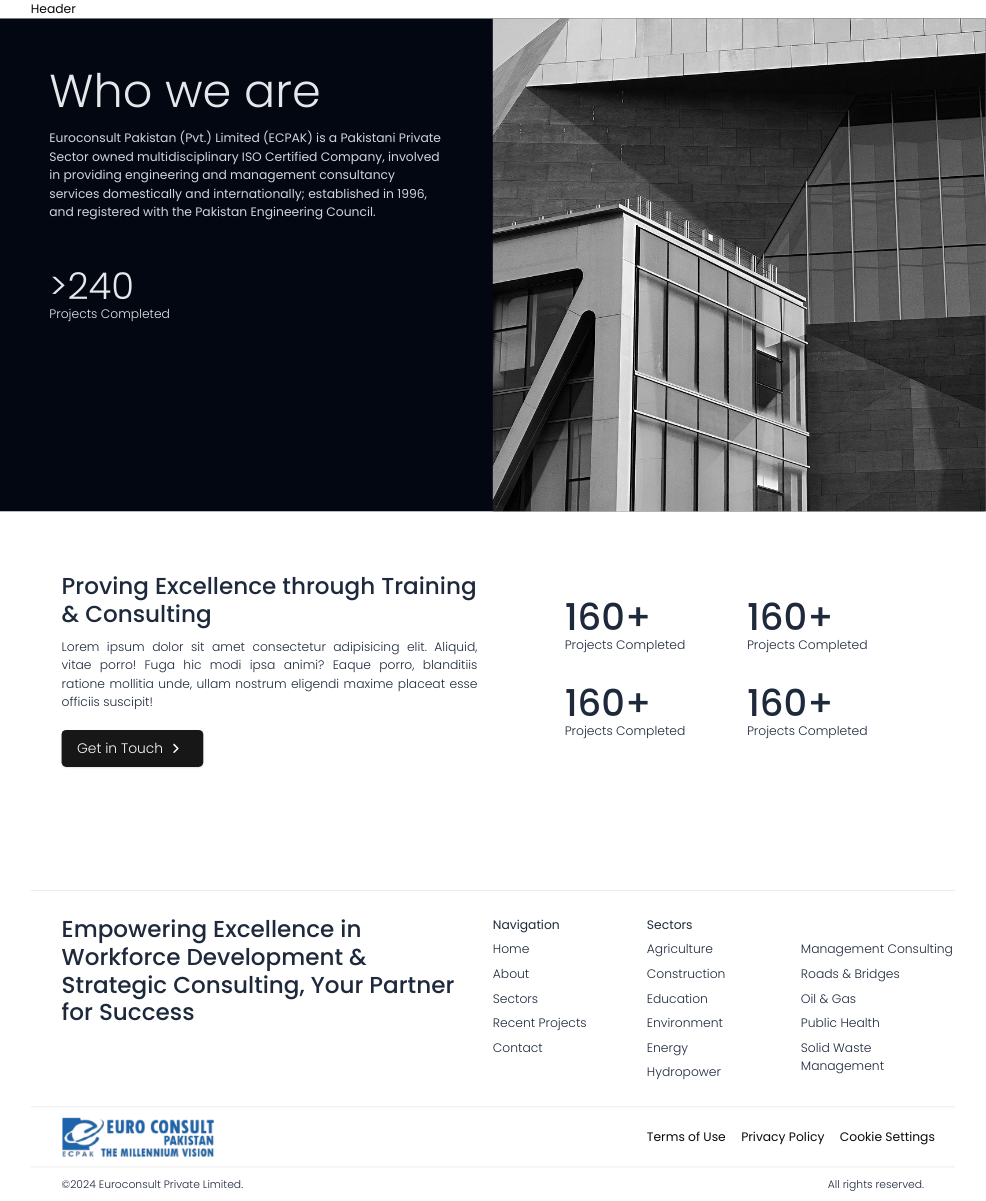
Repository: EMDC-24/ecglobalwebsite19
Page: /about
The author's editor kept a copy of each file at every save. The page is drawn from the files as they stood at one save, then again after the next save.
The browser window is 1280 px wide. The pictures show the whole page, at 77% of full size.
The project was rebuilt for these pictures with package versions that can differ from the ones it lists, and the page was loaded fresh each time. The framework's server and built-in components were replaced by stand-ins that run in the browser. Also part of the build but not shown: next.config.mjs.

Above is the page before, as saved 2024-09-17 22:45:56.

### app/about/page.tsx
import React from 'react'
import Header from '../Header'
import Footer from '../Footer'
import PraiseSection from '../PraiseSection'

const page = () => {
  return (
    <div>
        <Header />
        <div className="w-full bg-gray-950 flex flex-row h-[640px]">
        <div className="w-1/2 flex flex-col p-16 gap-5">
        <h1 className="text-6xl text-gray-200 font-light">Who we are</h1>
        <p className="text-gray-300">Euroconsult Pakistan (Pvt.) Limited (ECPAK) is a Pakistani Private Sector owned multidisciplinary ISO Certified Company, involved in providing engineering and management consultancy services domestically and internationally; established in 1996, and registered with the Pakistan Engineering Council.</p>
        <div className="flex flex-row gap-5">
            <div className="my-10">
                <h2 className="font-light text-gray-200 text-5xl">&gt;240</h2>
                <p className="font-light text-gray-200">Projects Completed</p>
            </div>
        </div>
        </div>
        <div className="w-1/2 h-full  bg-cover bg-center" style={{ backgroundImage: `url('/assets/heroimage.jpg')` }}></div>
        </div>
        <PraiseSection />
        <Footer />
    </div>
  )
}

export default page

### app/globals.css
@tailwind base;
@tailwind components;
@tailwind utilities;

@layer base {
  :root {
    --background: 0 0% 100%;
    --foreground: 0 0% 3.9%;
    --card: 0 0% 100%;
    --card-foreground: 0 0% 3.9%;
    --popover: 0 0% 100%;
    --popover-foreground: 0 0% 3.9%;
    --primary: 0 0% 9%;
    --primary-foreground: 0 0% 98%;
    --secondary: 0 0% 96.1%;
    --secondary-foreground: 0 0% 9%;
    --muted: 0 0% 96.1%;
    --muted-foreground: 0 0% 45.1%;
    --accent: 0 0% 96.1%;
    --accent-foreground: 0 0% 9%;
    --destructive: 0 84.2% 60.2%;
    --destructive-foreground: 0 0% 98%;
    --border: 0 0% 89.8%;
    --input: 0 0% 89.8%;
    --ring: 0 0% 3.9%;
    --chart-1: 12 76% 61%;
    --chart-2: 173 58% 39%;
    --chart-3: 197 37% 24%;
    --chart-4: 43 74% 66%;
    --chart-5: 27 87% 67%;
    --radius: 0.5rem;
  }
  .dark {
    --background: 0 0% 3.9%;
    --foreground: 0 0% 98%;
    --card: 0 0% 3.9%;
    --card-foreground: 0 0% 98%;
    --popover: 0 0% 3.9%;
    --popover-foreground: 0 0% 98%;
    --primary: 0 0% 98%;
    --primary-foreground: 0 0% 9%;
    --secondary: 0 0% 14.9%;
    --secondary-foreground: 0 0% 98%;
    --muted: 0 0% 14.9%;
    --muted-foreground: 0 0% 63.9%;
    --accent: 0 0% 14.9%;
    --accent-foreground: 0 0% 98%;
    --destructive: 0 62.8% 30.6%;
    --destructive-foreground: 0 0% 98%;
    --border: 0 0% 14.9%;
    --input: 0 0% 14.9%;
    --ring: 0 0% 83.1%;
    --chart-1: 220 70% 50%;
    --chart-2: 160 60% 45%;
    --chart-3: 30 80% 55%;
    --chart-4: 280 65% 60%;
    --chart-5: 340 75% 55%;
  }
}

@font-face {
  font-family: 'Poppins';
  src: url('/fonts/Poppins-Black.ttf') format('truetype');
  font-weight: 900;
  font-style: normal;
}

@font-face {
  font-family: 'Poppins';
  src: url('/fonts/Poppins-BlackItalic.ttf') format('truetype');
  font-weight: 900;
  font-style: italic;
}

@font-face {
  font-family: 'Poppins';
  src: url('/fonts/Poppins-Bold.ttf') format('truetype');
  font-weight: 700;
  font-style: normal;
}

@font-face {
  font-family: 'Poppins';
  src: url('/fonts/Poppins-BoldItalic.ttf') format('truetype');
  font-weight: 700;
  font-style: italic;
}

@font-face {
  font-family: 'Poppins';
  src: url('/fonts/Poppins-Regular.ttf') format('truetype');
  font-weight: 400;
  font-style: normal;
}

@font-face {
  font-family: 'Poppins';
  src: url('/fonts/Poppins-Italic.ttf') format('truetype');
  font-weight: 400;
  font-style: italic;
}

@font-face {
  font-family: 'Poppins';
  src: url('/fonts/Poppins-Light.ttf') format('truetype');
  font-weight: 300;
  font-style: normal;
}

@font-face {
  font-family: 'Poppins';
  src: url('/fonts/Poppins-LightItalic.ttf') format('truetype');
  font-weight: 300;
  font-style: italic;
}

@font-face {
  font-family: 'Poppins';
  src: url('/fonts/Poppins-Medium.ttf') format('truetype');
  font-weight: 500;
  font-style: normal;
}

@font-face {
  font-family: 'Poppins';
  src: url('/fonts/Poppins-MediumItalic.ttf') format('truetype');
  font-weight: 500;
  font-style: italic;
}

@layer base {
  * {
    @apply border-border;
  }

  body {
    @apply bg-background text-foreground;
    font-family: 'Poppins', sans-serif !important;
  }
}
.no-visible-scrollbar {
  scrollbar-width: none;
  -ms-overflow-style: none;
  -webkit-overflow-scrolling: touch;
}

.no-visible-scrollbar::-webkit-scrollbar {
  display: none;
}

### app/Header.tsx
import React from 'react'

const Header = () => {
  return (
    <div className="mx-10">Header</div>
  )
}

export default Header

### app/Footer.tsx
import { Separator } from '@/components/ui/separator'
import React from 'react'
import Image from 'next/image'

const Footer = () => {
  return (
    <div className="mx-10 flex flex-col gap-3 mt-40">
        <Separator />
        <div className="flex flex-col md:flex-row my-5">
            <div className="w-1/2">
                <h5 className="text-3xl font-medium text-slate-800 mx-10">Empowering Excellence in Workforce Development & Strategic Consulting, Your Partner for Success</h5>
            </div>
            <div className="w-1/2 flex flex-row gap-0">
                <div className="w-1/3 flex flex-col gap-2 ">
                <p className="text-slate-800 ">Navigation</p>
                <a href="/" className="text-slate-800 font-light">Home</a>
                <a href="/" className="text-slate-800 font-light">About</a>
                <a href="/" className="text-slate-800 font-light">Sectors</a>
                <a href="/" className="text-slate-800 font-light">Recent Projects</a>
                <a href="/" className="text-slate-800 font-light">Contact</a>
                </div>
                <div className="w-2/3 flex flex-row gap-0 ">
                <div className="w-1/2 flex flex-col gap-2">
                <p className="text-slate-800 ">Sectors</p>
                <a href="/" className="text-slate-800 font-light">Agriculture</a>
                <a href="/" className="text-slate-800 font-light">Construction</a>
                <a href="/" className="text-slate-800 font-light">Education</a>
                <a href="/" className="text-slate-800 font-light">Environment</a>
                <a href="/" className="text-slate-800 font-light">Energy</a>
                <a href="/" className="text-slate-800 font-light">Hydropower</a>
                </div>
                <div className="w-1/2 flex flex-col gap-2">
                <p className="text-slate-800 "><br></br></p>
                <a href="/" className="text-slate-800 font-light">Management Consulting</a>
                <a href="/" className="text-slate-800 font-light">Roads & Bridges</a>
                <a href="/" className="text-slate-800 font-light">Oil & Gas</a>
                <a href="/" className="text-slate-800 font-light">Public Health</a>
                <a href="/" className="text-slate-800 font-light">Solid Waste Management</a>
                </div>
                </div>


            </div>

        </div>
        <Separator />
        <div className="flex flex-col md:flex-row items-center">
            <div className="w-2/3 px-10"><Image src="/assets/ecpaklogo.png" width={200} height={1} alt="" /></div>
            <div className="w-1/3 flex flex-row gap-5">
            <p>Terms of Use</p>
            <p>Privacy Policy</p>
            <p>Cookie Settings</p>
            </div>
        </div>
        <Separator />
        <div className="mx-10 mb-3 flex flex-row items-center justify-between">
            <p className="text-sm font-light text-slate-800">©2024 Euroconsult Private Limited. </p>
            <p className="text-sm font-light text-slate-800">All rights reserved. </p>
        </div>
    </div>
  )
}

export default Footer

### app/PraiseSection.tsx

import { Button } from '@/components/ui/button'
import React from 'react'
import { FaAngleRight } from "react-icons/fa6";

const PraiseSection = () => {
  return (
    <div className="mx-20 flex flex-row gap-10 my-20 items-center justify-center">
    <div className="w-1/2 flex flex-col gap-3">
        <h3 className="text-3xl font-medium text-slate-800">Proving Excellence through Training & Consulting</h3>
        <p className="font-light text-slate-800 text-justify">Lorem ipsum dolor sit amet consectetur adipisicing elit. Aliquid, vitae porro! Fuga hic modi ipsa animi? Eaque porro, blanditiis ratione mollitia unde, ullam nostrum eligendi maxime placeat esse officiis suscipit!</p>
        <div className="w-auto mt-3"><Button className="px-5 py-6 text-lg font-light  hover:bg-blue-600">Get in Touch  <FaAngleRight className="mr-2 ml-2 h-4 w-4" /></Button></div>
    </div>
    <div className="w-1/2 flex flex-col gap-10 ">
    <div className="flex flex-row gap-20 items-start justify-center">
        <div>
        <h3 className="text-5xl font-medium text-slate-800">160+</h3>
        <p className="font-light text-slate-800">Projects Completed</p>
        </div>
        <div>
        <h3 className="text-5xl font-medium text-slate-800">160+</h3>
        <p className="font-light text-slate-800">Projects Completed</p>
        </div>
    </div>
    <div className="flex flex-row gap-20 items-start justify-center">
        <div>
        <h3 className="text-5xl font-medium text-slate-800">160+</h3>
        <p className="font-light text-slate-800">Projects Completed</p>
        </div>
        <div>
        <h3 className="text-5xl font-medium text-slate-800">160+</h3>
        <p className="font-light text-slate-800">Projects Completed</p>
        </div>
    </div>

    </div>
    </div>
  )
}

export default PraiseSection

### components/ui/separator.tsx
"use client"

import * as React from "react"
import * as SeparatorPrimitive from "@radix-ui/react-separator"

import { cn } from "@/lib/utils"

const Separator = React.forwardRef<
  React.ElementRef<typeof SeparatorPrimitive.Root>,
  React.ComponentPropsWithoutRef<typeof SeparatorPrimitive.Root>
>(
  (
    { className, orientation = "horizontal", decorative = true, ...props },
    ref
  ) => (
    <SeparatorPrimitive.Root
      ref={ref}
      decorative={decorative}
      orientation={orientation}
      className={cn(
        "shrink-0 bg-border",
        orientation === "horizontal" ? "h-[1px] w-full" : "h-full w-[1px]",
        className
      )}
      {...props}
    />
  )
)
Separator.displayName = SeparatorPrimitive.Root.displayName

export { Separator }

### components/ui/button.tsx
import * as React from "react"
import { Slot } from "@radix-ui/react-slot"
import { cva, type VariantProps } from "class-variance-authority"

import { cn } from "@/lib/utils"

const buttonVariants = cva(
  "inline-flex items-center justify-center whitespace-nowrap rounded-md text-sm font-medium transition-colors focus-visible:outline-none focus-visible:ring-1 focus-visible:ring-ring disabled:pointer-events-none disabled:opacity-50",
  {
    variants: {
      variant: {
        default:
          "bg-primary text-primary-foreground shadow hover:bg-primary/90",
        destructive:
          "bg-destructive text-destructive-foreground shadow-sm hover:bg-destructive/90",
        outline:
          "border border-input bg-background shadow-sm hover:bg-accent hover:text-accent-foreground",
        secondary:
          "bg-secondary text-secondary-foreground shadow-sm hover:bg-secondary/80",
        ghost: "hover:bg-accent hover:text-accent-foreground",
        link: "text-primary underline-offset-4 hover:underline",
      },
      size: {
        default: "h-9 px-4 py-2",
        sm: "h-8 rounded-md px-3 text-xs",
        lg: "h-10 rounded-md px-8",
        icon: "h-9 w-9",
      },
    },
    defaultVariants: {
      variant: "default",
      size: "default",
    },
  }
)

export interface ButtonProps
  extends React.ButtonHTMLAttributes<HTMLButtonElement>,
    VariantProps<typeof buttonVariants> {
  asChild?: boolean
}

const Button = React.forwardRef<HTMLButtonElement, ButtonProps>(
  ({ className, variant, size, asChild = false, ...props }, ref) => {
    const Comp = asChild ? Slot : "button"
    return (
      <Comp
        className={cn(buttonVariants({ variant, size, className }))}
        ref={ref}
        {...props}
      />
    )
  }
)
Button.displayName = "Button"

export { Button, buttonVariants }

### tailwind.config.ts
import type { Config } from "tailwindcss";

const config: Config = {
  darkMode: ["class"],
  content: [
    "./pages/**/*.{js,ts,jsx,tsx,mdx}",
    "./components/**/*.{js,ts,jsx,tsx,mdx}",
    "./app/**/*.{js,ts,jsx,tsx,mdx}",
  ],
  theme: {
    extend: {
      fontFamily: {
        sans: ['Poppins', 'sans-serif'], // Set Poppins as default sans font
      },
      backgroundImage: {
        'gradient-radial': 'radial-gradient(var(--tw-gradient-stops))',
        'gradient-conic': 'conic-gradient(from 180deg at 50% 50%, var(--tw-gradient-stops))',
      },
      borderRadius: {
        lg: 'var(--radius)',
        md: 'calc(var(--radius) - 2px)',
        sm: 'calc(var(--radius) - 4px)',
      },
      colors: {
        background: 'hsl(var(--background))',
        foreground: 'hsl(var(--foreground))',
        card: {
          DEFAULT: 'hsl(var(--card))',
          foreground: 'hsl(var(--card-foreground))',
        },
        popover: {
          DEFAULT: 'hsl(var(--popover))',
          foreground: 'hsl(var(--popover-foreground))',
        },
        primary: {
          DEFAULT: 'hsl(var(--primary))',
          foreground: 'hsl(var(--primary-foreground))',
        },
        secondary: {
          DEFAULT: 'hsl(var(--secondary))',
          foreground: 'hsl(var(--secondary-foreground))',
        },
        muted: {
          DEFAULT: 'hsl(var(--muted))',
          foreground: 'hsl(var(--muted-foreground))',
        },
        accent: {
          DEFAULT: 'hsl(var(--accent))',
          foreground: 'hsl(var(--accent-foreground))',
        },
        destructive: {
          DEFAULT: 'hsl(var(--destructive))',
          foreground: 'hsl(var(--destructive-foreground))',
        },
        border: 'hsl(var(--border))',
        input: 'hsl(var(--input))',
        ring: 'hsl(var(--ring))',
        chart: {
          '1': 'hsl(var(--chart-1))',
          '2': 'hsl(var(--chart-2))',
          '3': 'hsl(var(--chart-3))',
          '4': 'hsl(var(--chart-4))',
          '5': 'hsl(var(--chart-5))',
        },
      },
    },
  },
  plugins: [require("tailwindcss-animate")],
};

export default config;

Loaded but not shown: app/layout.tsx (common file); lib/utils.ts (common file)

After the next save:
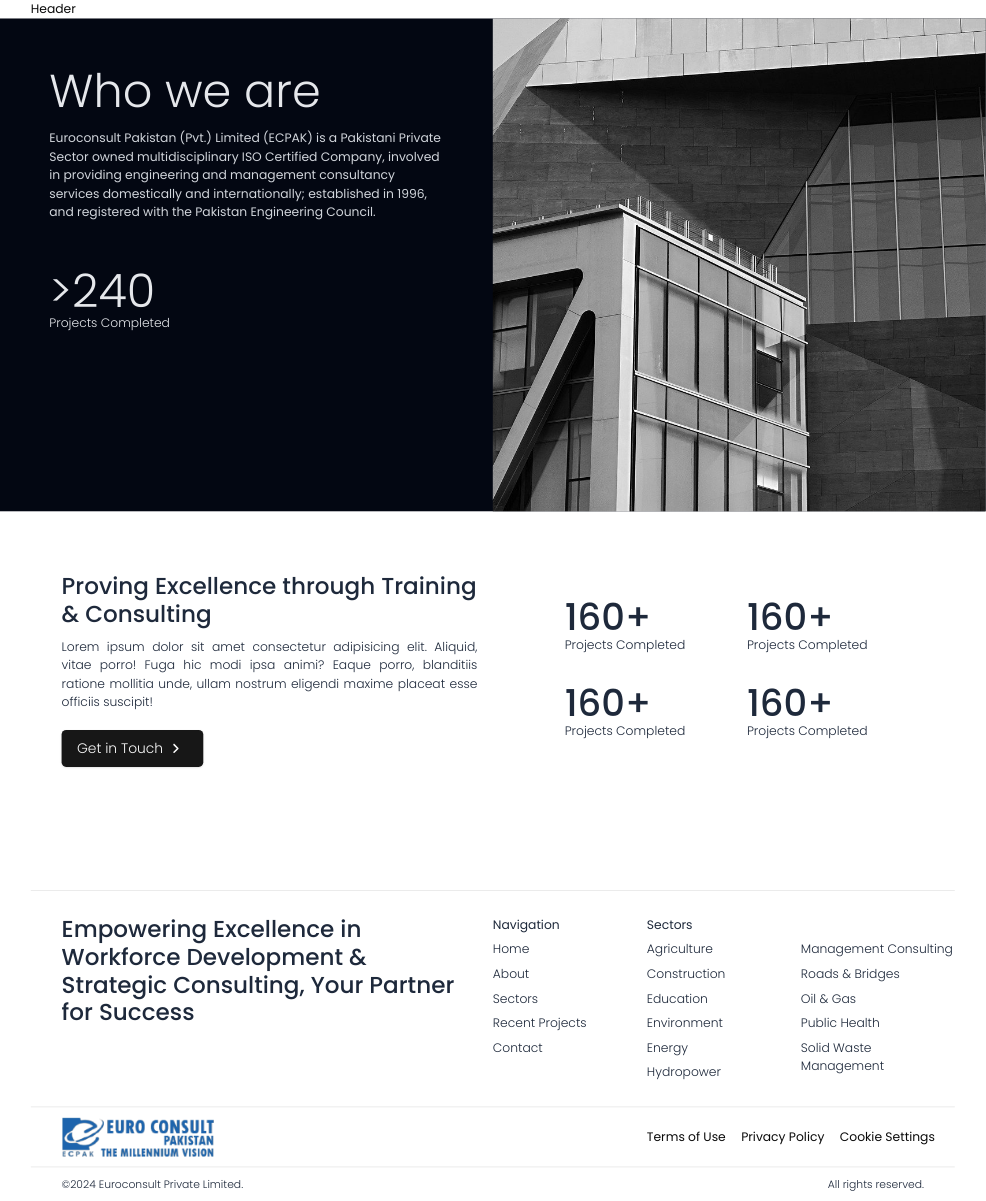
Saved 7 s later.
--- a/app/about/page.tsx
+++ b/app/about/page.tsx
@@ -13,7 +13,7 @@
         <p className="text-gray-300">Euroconsult Pakistan (Pvt.) Limited (ECPAK) is a Pakistani Private Sector owned multidisciplinary ISO Certified Company, involved in providing engineering and management consultancy services domestically and internationally; established in 1996, and registered with the Pakistan Engineering Council.</p>
         <div className="flex flex-row gap-5">
             <div className="my-10">
-                <h2 className="font-light text-gray-200 text-5xl">&gt;240</h2>
+                <h2 className="font-light text-gray-200 text-6xl">&gt;240</h2>
                 <p className="font-light text-gray-200">Projects Completed</p>
             </div>
         </div>
